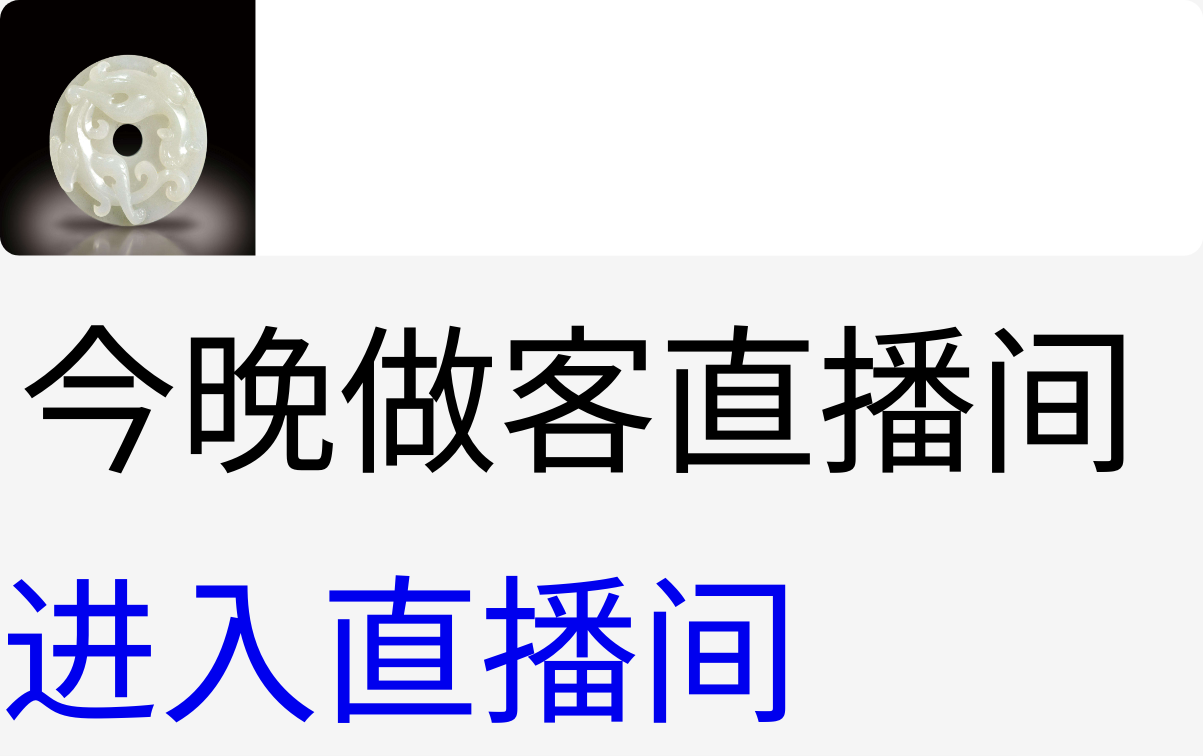
Repository: 1yanglulu/-
Page: html/jadehomepage.html
An editor plug-in stored every save of this project. The page is shown before and after the next save, followed by the edit.
The browser window is 1280 px wide. The pictures show the whole page, at 94% of full size.

Above is the page before, as saved 2020-01-07 16:02:33.

After the next save:
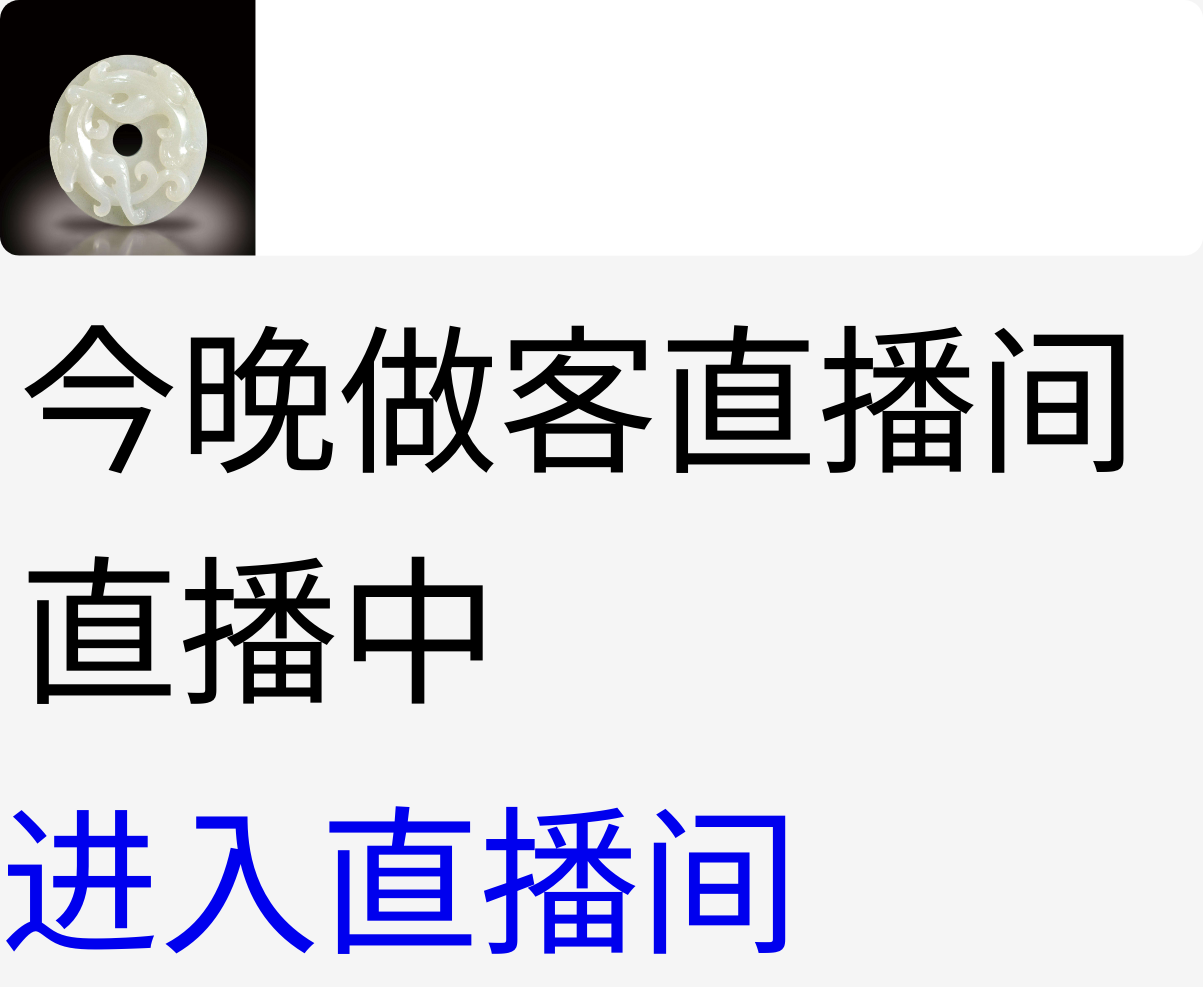
Saved 27 s later.
--- a/html/jadehomepage.html
+++ b/html/jadehomepage.html
@@ -13,7 +13,9 @@
     <img src="../images/yushi1.jpg" alt="直播间封面" class="live-bac">
     <div class="live-con">
       <div class="live-title">今晚做客直播间</div>
-      <div class="live-title"></div>
+      <div class="live-title">
+        <div><img src="" alt="">直播中</div>
+      </div>
     </div>
     <a href="javascript:void(0);">进入直播间</a>
   </div>
